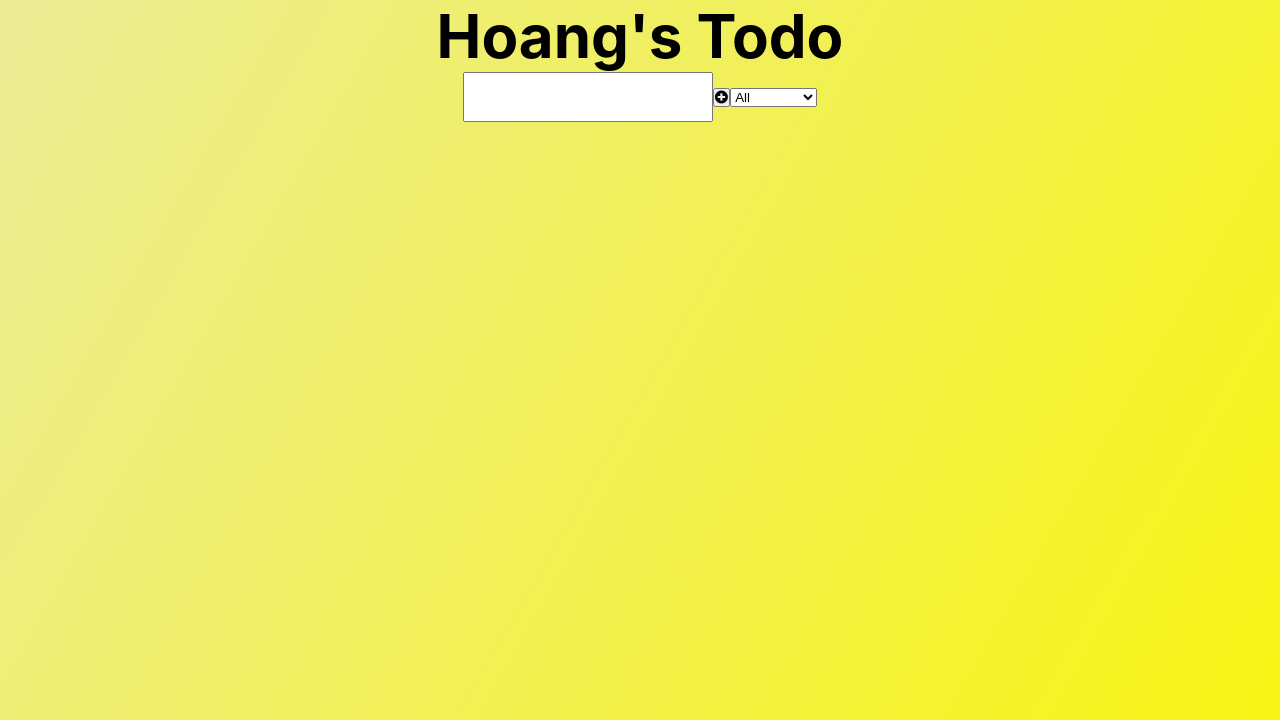
Repository: DinhHoang0607/TodoReact
Page: /
These files come from the project's save history. The page is drawn as it stood at one moment and after the next save; the edit follows.
The browser window is 1280 px wide. The pictures show the whole page.
Some web libraries are served in a nearby version. The project was rebuilt for these pictures with package versions that can differ from the ones it lists, and the page was loaded fresh each time.

Above is the page before, as saved 2021-09-09 18:10:38.

### public/index.html
<!DOCTYPE html>
<html lang="en">
  <head>
    <meta charset="utf-8" />
    <link rel="icon" href="%PUBLIC_URL%/favicon.ico" />
    <meta name="viewport" content="width=device-width, initial-scale=1" />
    <meta name="theme-color" content="#000000" />
    <meta
      name="description"
      content="Web site created using create-react-app"
    />
    <link rel="apple-touch-icon" href="%PUBLIC_URL%/logo192.png" />
    <!--
      manifest.json provides metadata used when your web app is installed on a
      user's mobile device or desktop. See https://developers.google.com/web/fundamentals/web-app-manifest/
    -->
    <link rel="stylesheet" href="https://pro.fontawesome.com/releases/v5.10.0/css/all.css" integrity="sha384-AYmEC3Yw5cVb3ZcuHtOA93w35dYTsvhLPVnYs9eStHfGJvOvKxVfELGroGkvsg+p" crossorigin="anonymous"/>
    <link rel="manifest" href="%PUBLIC_URL%/manifest.json" />
    <!--
      Notice the use of %PUBLIC_URL% in the tags above.
      It will be replaced with the URL of the `public` folder during the build.
      Only files inside the `public` folder can be referenced from the HTML.

      Unlike "/favicon.ico" or "favicon.ico", "%PUBLIC_URL%/favicon.ico" will
      work correctly both with client-side routing and a non-root public URL.
      Learn how to configure a non-root public URL by running `npm run build`.
    -->
    <title>React App</title>
  </head>
  <body>
    <noscript>You need to enable JavaScript to run this app.</noscript>
    <div id="root"></div>
    <!--
      This HTML file is a template.
      If you open it directly in the browser, you will see an empty page.

      You can add webfonts, meta tags, or analytics to this file.
      The build step will place the bundled scripts into the <body> tag.

      To begin the development, run `npm start` or `yarn start`.
      To create a production bundle, use `npm run build` or `yarn build`.
    -->
  </body>
</html>

### src/App.js
import "./App.css";
import React from "react";
import Form from "./components/Form";

function App() {
  return (
    <div className="App">
      <header>
        <h1>Hoang's Todo</h1>
      </header>
      <Form />
    </div>
  );
}

export default App;

### src/App.css
*,
*::before,
*::after {
  box-sizing: border-box;
  padding: 0;
  margin: 0;
}
html {
  font-size: 62.5%;
}
body {
  width: 100%;
  height: 100vh;
  background-image: linear-gradient(120deg, #ebec96 0%, #f8f414 100%);
}
header {
  font-size: 3rem;
  margin: 0 auto;
}
header,
form {
  display: flex;
  justify-content: center;
  align-items: center;
}
.form__input {
  width: 25rem;
  height: 5rem;
}

### src/components/Form.js
import React from "react";
const Form = () => {
  return (
    <form className="form">
      <input type="text" className="form__input" />
      <button className="form__button" type="submit">
        <i class="fas fa-plus-circle"></i>
      </button>
      <div className="form__select">
        <select name="items" className="select__item">
          <option value="all" selected="selected">
            All
          </option>
          <option value="completed">Completed</option>
          <option value="inProcess">InProcess</option>
        </select>
      </div>
    </form>
  );
};

export default Form;

Loaded but not shown: src/index.js (common file); src/index.css (common file); src/reportWebVitals.js (common file)

After the next save:
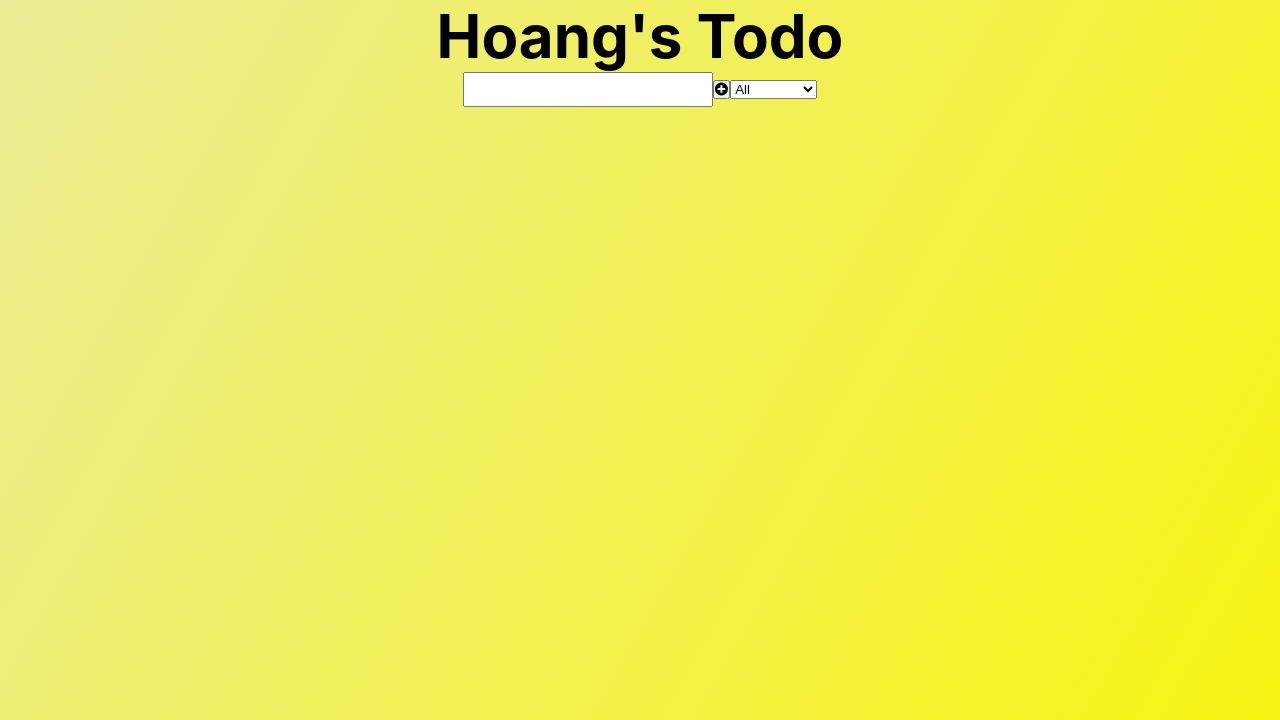
Saved 5 s later.
--- a/src/App.css
+++ b/src/App.css
@@ -25,5 +25,5 @@ form {
 }
 .form__input {
   width: 25rem;
-  height: 5rem;
+  height: 3.5rem;
 }
